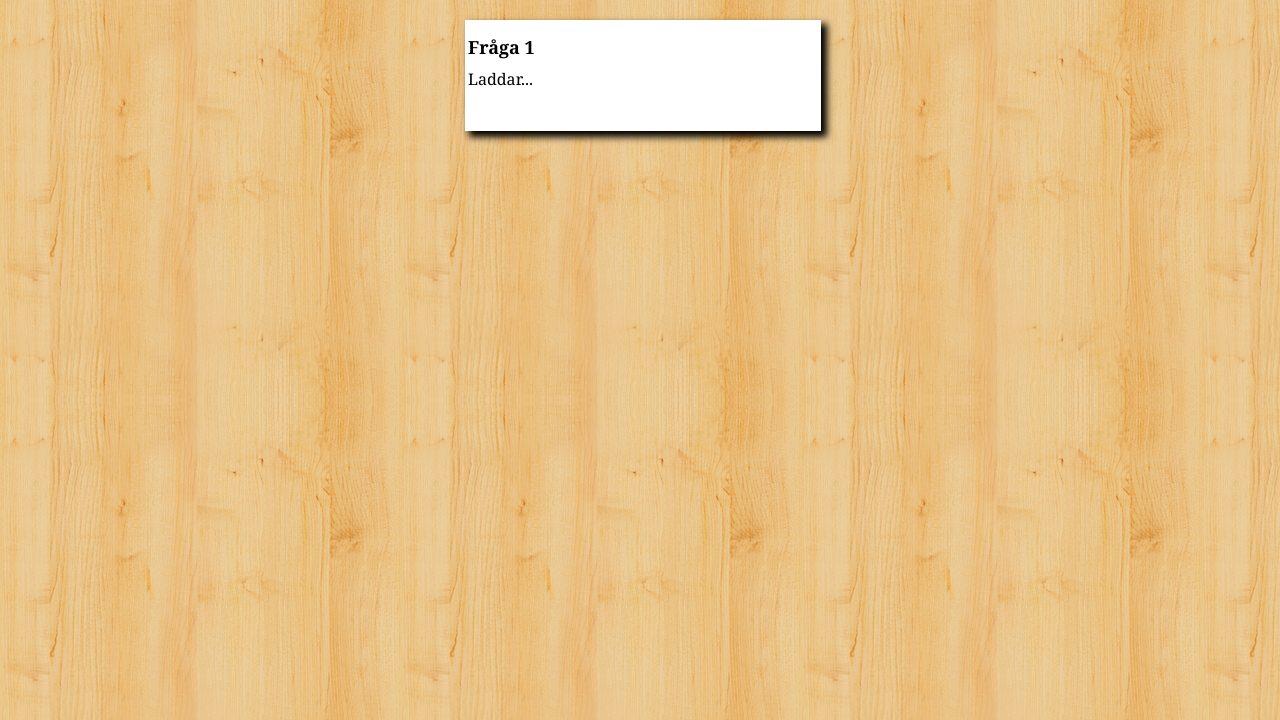
Repository: mw222rs/1dv403-laborationer
Page: 4-thequiz/index.html
The author's editor kept a record of every edit. The page is drawn from the files as they stood at one moment, then again after the next edit.
The browser window is 1280 px wide. The pictures show the whole page.
The page's requests for data from a server got no answer.

Above is the page before.

### 4-thequiz/index.html
<!DOCTYPE html>
<html lang="sv">
<head>
	<meta charset="UTF-8" />
	<link rel="stylesheet" type="text/css" href="css/style.css" media="screen, projection, handheld">
	<title>The Quiz</title>
	<script src="script/main.js"></script>
</head>
    <body>
        <div id="wrap">
            <div id="page">
            </div><!-- /end #page tag -->
        </div>
    </body>
</html>

### 4-thequiz/css/style.css
/* http://meyerweb.com/eric/tools/css/reset/
   v2.0 | 20110126
   License: none (public domain)
*/

html, body, div, span, applet, object, iframe, h3, h4, h5, h6, p, blockquote, pre,
a, abbr, acronym, address, big, cite, code,
del, dfn, em, img, ins, kbd, q, s, samp,
small, strike, strong, sub, sup, tt, var,
b, u, i, center,
dl, dt, dd, ol, fieldset, form, label, legend,
table, caption, tbody, tfoot, thead, tr, th, td,
article, aside, canvas, details, embed,
figure, figcaption, footer, header, hgroup,
menu, nav, output, ruby, section, summary,
time, mark, audio, video {
	margin: 0;
	padding: 0;
	border: 0;
	font-size: 100%;
	font: inherit;
	vertical-align: baseline;
}
/* HTML5 display-role reset for older browsers */
article, aside, details, figcaption, figure,
footer, header, hgroup, menu, nav, section {
	display: block;
}
body {
	line-height: 1;
}
ol, ul {
	list-style: none;
}
blockquote, q {
	quotes: none;
}
blockquote:before, blockquote:after,
q:before, q:after {
	content: '';
	content: none;
}
/*table {
	border-collapse: collapse;
	border-spacing: 0;
}*/

/* END OF CSS RESET! */

@font-face{
	font-family: Pacifico;
	src: url("Pacifico.ttf");
}

body {
	font-family: georgia, serif;
    background: #DBDBD6;
	background-image: url("purty_wood.png");
    padding: 0px;
}
h1 {
	color: black;
    font-family: Pacifico;
    font-size: 50px;
    padding-left: 5px;
    margin-bottom: 0;
}

#wrap {
	margin: 20px auto 20px;
	width: 350px;
}
#page {
	background: #FFF;
	width: 100%;
	min-height: 105px;
	margin-top: 7px;
	padding: 3px;
	box-shadow: 5px 5px 7px 1px #000;
}
h2 {
	font-size: large;
}
.right {
	float:right;
}
ul {
	list-style-type: circle;
}

### 4-thequiz/script/main.js
"use strict";

var quiz = {
    nextUrl:null,
    stats: [],
    init:function(){
        var div = document.getElementById("page");
        div.innerHTML = "";

        var input = document.createElement("input");
        input.setAttribute("type", "text");

        var submit = document.createElement("input");
        submit.setAttribute("type", "submit");

        var h2 = document.createElement("h2");
        h2.innerHTML = "Fråga "+(quiz.stats.length+1);
        div.appendChild(h2);

        var questionP = document.createElement("p");
        questionP.innerHTML = "Laddar...";
        div.appendChild(questionP);

        var p = document.createElement("p");
        var tries = 0;

        var xhr = new XMLHttpRequest();

        xhr.onreadystatechange = function(){

            if (xhr.readyState === 4) {
                if (xhr.status == 200) {

                    var question = JSON.parse(xhr.responseText);

                    questionP.innerHTML = question.question;

                    quiz.nextUrl = question.nextURL;

                    submit.setAttribute("value", "skicka svar");

                    div.appendChild(input);
                    div.appendChild(submit);
                    div.appendChild(p);

                    input.focus();

                    submit.onclick = function(e){
                        e.preventDefault();

                        clickFunction();

                        return false;

                    };
                    input.onkeypress = function(e){
                	    var key = e.keyCode;

                	    if (key === 13) {
                	        e.preventDefault();
                	        clickFunction();
                	    }
                	};
                }
                else if (xhr.status === 404){
                    quiz.finish();
                }
                else {
                    console.log("Läsfel, status: "+xhr.status);
                }
            }
        };
        xhr.open("GET", ((quiz.nextUrl === null)?"http://vhost3.lnu.se:20080/question/1":quiz.nextUrl), true);
        xhr.send(null);

        var clickFunction = function(){
            tries += 1;

            var answer = { answer: input.value };

            var xhr = new XMLHttpRequest();

            xhr.onreadystatechange = function(){

              if (xhr.readyState === 4) {
                  if (xhr.status === 200) {

                     var question = JSON.parse(xhr.responseText);

                     quiz.nextUrl = question.nextURL;

                     div.removeChild(input);
                     div.removeChild(submit);


                     p.innerHTML = input.value+" är RÄTT!! Du klarade det efter "+tries+" försök!";

                     var a = document.createElement("a");
                     a.setAttribute("href","#");
                     a.classList.add("right");
                     a.innerHTML = "Nästa fråga";
                     div.appendChild(a);

                     a.focus();

                     a.onclick = function(){
                       quiz.init();
                       return false;
                     };

                     quiz.stats.push(tries);

                  }
                  else if (xhr.status === 400) {

                     p.innerHTML = "Fel svar, försök igen!";
                     input.value = "";
                  }
                  else {
                      console.log("Läsfel, status: "+xhr.status);
                  }
              }

            };

            xhr.open("POST", quiz.nextUrl, true);
            xhr.setRequestHeader("Content-Type", "application/json");

            xhr.send(JSON.stringify(answer));
        }
    },
    finish:function(){

        var div = document.getElementById("page");

        div.innerHTML = "";

        var p = document.createElement("p");

        var h2 = document.createElement("h2");

        h2.innerHTML = "Grattis, du klarade av quizet! </br>";

        div.appendChild(h2);

        var ul = document.createElement("ul");



        quiz.stats.forEach(function(value, index){
            var li = document.createElement("li");
            li.innerHTML = "Du svarade rätt på fråga "+(index+1)+" efter "+value+" försök.";

            ul.appendChild(li);
        });

        div.appendChild(ul);

        var a = document.createElement("a");
        a.setAttribute("href","#");
        a.classList.remove("right");
        a.innerHTML = "Prova en gång till!";
        div.appendChild(a);

        a.onclick = function(){
            quiz.nextUrl = null;
            quiz.tries = null;
            quiz.stats = [];

            quiz.init();

            return false;
        };
    }
};

window.onload = quiz.init;

After the next edit:
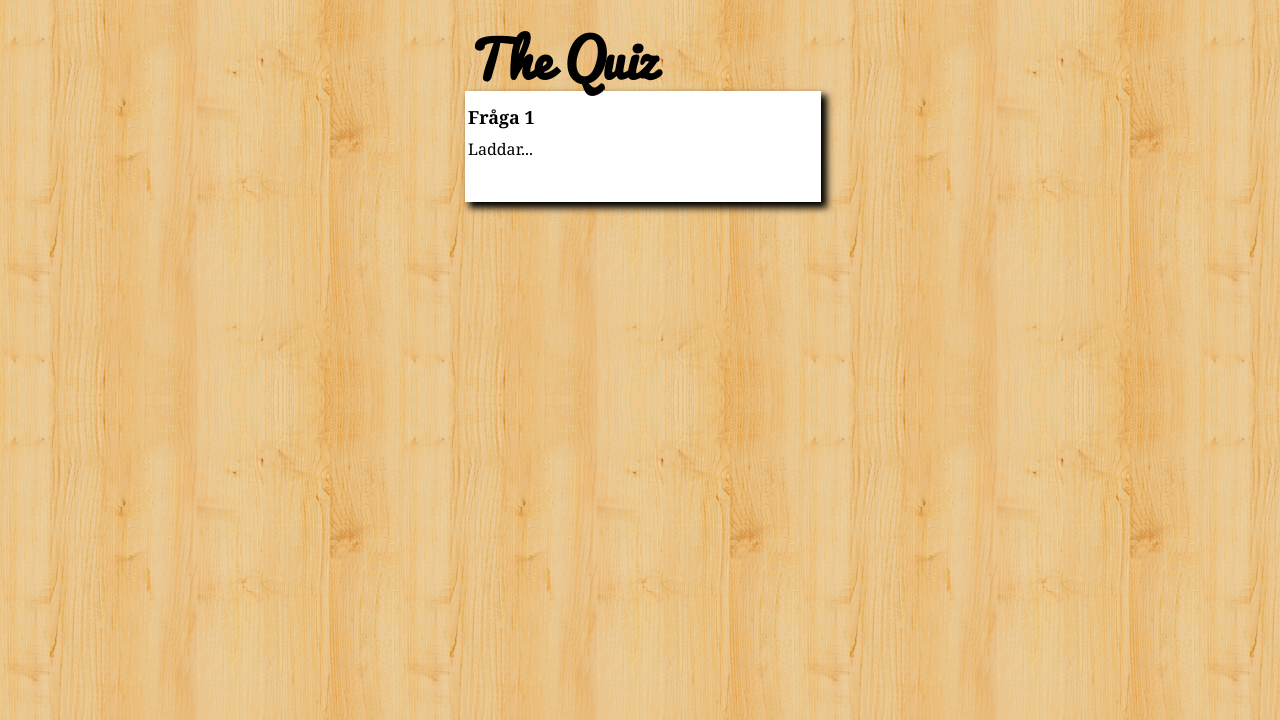
The edit:
--- a/4-thequiz/index.html
+++ b/4-thequiz/index.html
@@ -8,6 +8,7 @@
 </head>
     <body>
         <div id="wrap">
+            <h1>The Quiz</h1>
             <div id="page">
             </div><!-- /end #page tag -->
         </div>
